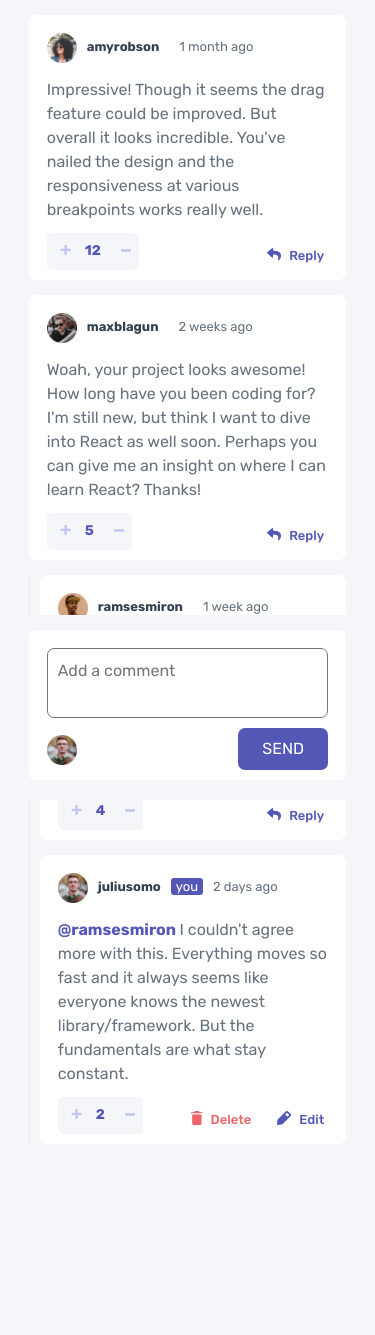
Repository: debaaah/interactive-comments-section-
Page: /
The author's editor kept a copy of each file at every save. The page is drawn from the files as they stood at one save, then again after the next save.
The browser window is 375 px wide. The pictures show the whole page.
The project was rebuilt for these pictures with package versions that can differ from the ones it lists, and the page was loaded fresh each time.

Above is the page before, as saved 2022-04-29 13:38:24.

### public/index.html
<!DOCTYPE html>
<html lang="en">
  <head>
    <meta charset="utf-8" />
    <link rel="icon" href="%PUBLIC_URL%/favicon-32x32.png" />
    <link rel="stylesheet" href="https://cdn.jsdelivr.net/npm/bootstrap@4.6.1/dist/css/bootstrap.min.css" integrity="sha384-zCbKRCUGaJDkqS1kPbPd7TveP5iyJE0EjAuZQTgFLD2ylzuqKfdKlfG/eSrtxUkn" crossorigin="anonymous">
    <meta name="viewport" content="width=device-width, initial-scale=1" />
    <meta name="theme-color" content="#000000" />
    <meta
      name="description"
      content="Web site created using create-react-app"
    />
    <link rel="apple-touch-icon" href="%PUBLIC_URL%/logo192.png" />
    <!--
      manifest.json provides metadata used when your web app is installed on a
      user's mobile device or desktop. See https://developers.google.com/web/fundamentals/web-app-manifest/
    -->
    <link rel="manifest" href="%PUBLIC_URL%/manifest.json" />
    <!--
      Notice the use of %PUBLIC_URL% in the tags above.
      It will be replaced with the URL of the `public` folder during the build.
      Only files inside the `public` folder can be referenced from the HTML.

      Unlike "/favicon.ico" or "favicon.ico", "%PUBLIC_URL%/favicon.ico" will
      work correctly both with client-side routing and a non-root public URL.
      Learn how to configure a non-root public URL by running `npm run build`.
    -->
    <title>Comment Section</title>
  </head>
  <body>
    <noscript>You need to enable JavaScript to run this app.</noscript>
    <div id="root"></div>
    <!--
      This HTML file is a template.
      If you open it directly in the browser, you will see an empty page.

      You can add webfonts, meta tags, or analytics to this file.
      The build step will place the bundled scripts into the <body> tag.

      To begin the development, run `npm start` or `yarn start`.
      To create a production bundle, use `npm run build` or `yarn build`.
    -->
    <script src="https://cdn.jsdelivr.net/npm/jquery@3.5.1/dist/jquery.slim.min.js" integrity="sha384-DfXdz2htPH0lsSSs5nCTpuj/zy4C+OGpamoFVy38MVBnE+IbbVYUew+OrCXaRkfj" crossorigin="anonymous"></script>
    <script src="https://cdn.jsdelivr.net/npm/bootstrap@4.6.1/dist/js/bootstrap.bundle.min.js" integrity="sha384-fQybjgWLrvvRgtW6bFlB7jaZrFsaBXjsOMm/tB9LTS58ONXgqbR9W8oWht/amnpF" crossorigin="anonymous"></script>
  </body>
</html>

### src/App.js
import './App.css';
import Main from './components/main'

function App() {
  return (
    <div>
      <Main/>
    </div>
  );
}

export default App;

### src/components/sass/style.scss
@import url("https://fonts.googleapis.com/css2?family=Rubik:wght@400;500;700&display=swap");

$blue: hsl(238, 40%, 52%); //#5a5da6;
$blueish: hsl(239, 57%, 85%); //#c4c5ec;
$red: hsl(358, 79%, 66%); //#ED6368;
$reddish: hsl(357, 100%, 86%); //#f4bbc0;
$bg: #f4f6f9;
$Darkblue: hsl(212, 24%, 26%);
$GrayishBlue: hsl(211, 10%, 45%);
$Lightgray: hsl(223, 19%, 93%);
$Verylightgray: hsl(228, 33%, 97%);
$White: hsl(0, 0%, 100%);

body {
  background-color: $bg;
  font-family: "Rubik", sans-serif;
  color: $GrayishBlue;
}
.main {
  width: 90vw;
  max-width: 700px;
  margin: auto auto 157px;
}
.blueBold {
  color: $blue;
  font-weight: bold;
}
.comment-box {
  display: flex;
  background-color: white;
  padding: 18px;
  border-radius: 7px;
  margin: 15px 10px;
  height: max-content;
}
.reply-box {
  margin: 5px 0px 5px 30px;
  padding-left: 30px;
  border-left: 1px solid #ebecef;
}
.score-box {
  background-color: $Verylightgray;//#f4f5fb;
  border-radius: 5px;
  padding: 2px 3px 3px;
  margin-right: 17px;
  div {
    padding: 3px 5px;
    text-align: center;
  }
  .score {
    font-size: 14px;
    color: $blue;
    font-weight: bold;
  }
  .plus,
  .minus {
    padding-right: 4px;
  }
  .minus {
    padding-top: 0;
  }
}
img {
  width: 30px;
}
[type="submit"] {
  background-color: $blue;
  width: 90px;
  height: 42px;
  border: 0;
  border-radius: 7px;
  color: white;
  text-transform: uppercase;
  &:hover{
    background-color: $blueish;
}
}
.displayed {
  display: flex;
}
.comment {
  font-size: 16px;
}
.comment .displayed {
  display: block;
}
.notDisplayed {
  display: none;
}
textarea:hover,
[type="submit"]:hover,
.plus:hover,
.minus:hover,
.edit,
.delete {
  cursor: pointer;

}
.plus:hover,
.minus:hover {
  path {
    fill: $blue;
  }
}
.content-box {
  width: 100%;

  .details {
    display: flex;
    justify-content: space-between;

    .commentator {
      .username {
        font-weight: bold;
        color: $Darkblue;
      }
      .username,
      .time {
        padding: 0 10px;
      }
      .blue {
        background-color: $blue;
        padding: 1px 5px;
        border-radius: 3px;
        color: white;
      }
    }
    .edit-area {
      display: flex;
      font-weight: 500;

      div {
        margin-left: 18px;
      }

      span {
        padding: 4px;
        text-transform: capitalize;
      }
      svg {
        position: relative;
        top: -2px;
      }
      .edit span:nth-child(2),
      .reply {
        color: $blue;
      }
      .delete {
        span:nth-child(2) {
          color: $red;
        }
        &:hover {
          span path {
            fill: $reddish;
          }
          span:nth-child(2) {
            color: $reddish;
          }
        }
      }
      .edit:hover,
      .reply:hover {
        span path {
          fill: $blueish;
        }
        span:nth-child(2) {
          color: $blueish;
        }
      }
    }
  }
}

.currentUser-form-box {
  position: fixed;
  bottom: 0px;
  padding-bottom: 5px;
  width: -webkit-fill-available;
  background-color: $bg;
  width: 90vw;
  max-width: 700px;
  margin: auto;
}
.currentUser-form {
  display: flex;
  max-height: 110px;
}
.currentUserReply-form,
.currentUser-form {
  background-color: white;
  padding: 18px;
  border-radius: 7px;
  margin: 15px 10px;
  justify-content: space-between;
  div {
    height: 0px;
  }
  span {
    position: relative;
    top: 5px;
  }
}

textarea {
  resize: none;
  padding: 10px;
  border-radius: 7px;
  width: -webkit-fill-available;

  &,
  input {
    margin: 0 15px;
  }
}

.comment {
  margin-top: 8px;
  overflow-wrap: anywhere;
  form {
    input {
      float: right;

    }

    textarea {
      margin-right: 0;
      width: 97%;
    }
  }
}

.modal {
  padding-right: 0 !important;

  .modal-content {
    padding: 10px;
  }
  .modal-dialog {
    min-width: 290px;
    top: 50%;
    left: 50%;
    -webkit-transform: translate(-50%, -50%) !important;
    transform: translate(-50%, -50%) !important;
    position: fixed;
  }

  .modal-footer {
    border-top: 0;
    justify-content: space-around;

    .btn {
      width: 150px;
      text-transform: uppercase;
      border-radius: 5px;
      height: auto;
    }
    [type="button"] {
      background-color: $blue;

      &:hover{
          background-color: $blueish;
      }
    }
    [type="submit"] {
      background-color: $red;
    }
    .btn:hover,
    .btn {
      color: white;
    }
  }
}
@media screen and (max-width: 768px) {
  .main {
    margin-bottom: 191px;
  }
  .reply-box {
    margin: 0 0 0 10px;
    padding-left: 0px;
  }
  .score-box {
    width: max-content;
    margin-right: 0px;
    display: flex;

    div {
      padding: 5px 10px;
    }
    .plus {
      padding-top: 2px;
    }
    .minus {
      padding-top: 3px;
    }
  }
  .comment-box {
    position: relative;
    .content-box{
      .details{
        margin-bottom: 15px;
      }
    }
  }
  .score-box-box {
    position: absolute;
    bottom: 10px;
  }
  .edit-area {
    position: absolute;
    right: 18px;
    bottom: 15px;
  }
  .displayed,
  .currentUser-form {
    display: block;
  }
  .currentUser-form {
    max-height: 150px;
  }
  .currentUserReply-form,
  .currentUser-form {
    position: relative;
    div {
      height: 43px;
    }
    span {
      position: static;
    }
    img {
      position: absolute;
      bottom: 15px;
    }
    textarea {
      margin: 0;
      height: 70px;
    }
    input {
      position: absolute;
      bottom: 10px;
      right: 18px;
    }
  }
  .modal {
    .modal-footer {
      .btn {
        font-size: 15px;
        width: auto;
      }
    }
  }
}
@media screen and (max-width: 375px){
.comment-box{
  .content-box{
    .details{
      font-size: small;
    }
  }
}
}

Loaded but not shown: src/index.js (common file); src/index.css (common file); src/reportWebVitals.js (common file); src/App.css (common file); src/components/data.json (common file); src/components/main.js (723 lines, source omitted)

After the next save:
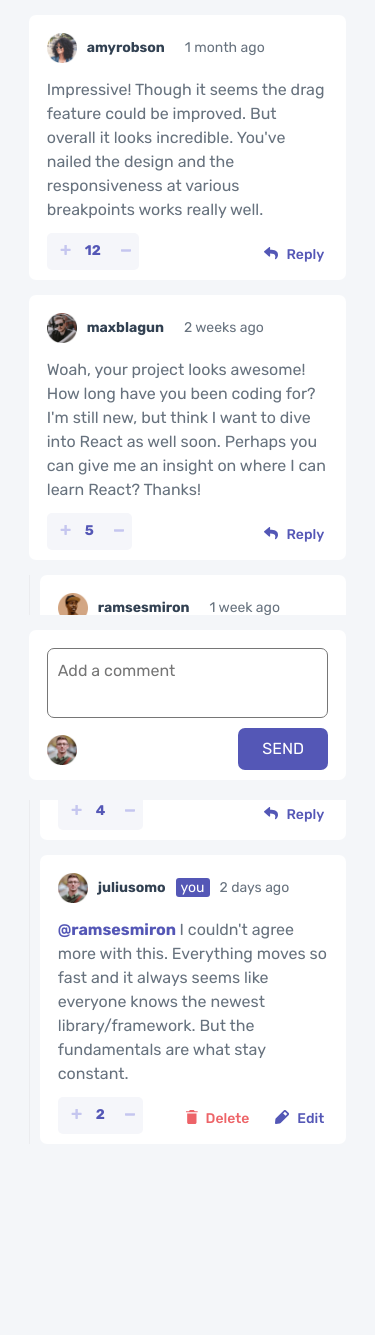
Saved 14 s later.
--- a/src/components/sass/style.scss
+++ b/src/components/sass/style.scss
@@ -353,8 +353,8 @@ textarea {
 .comment-box{
   .content-box{
     .details{
-      font-size: small;
-    }
-  }
-}
-}
+      font-size: 14px;
+    }
+  }
+}
+}
